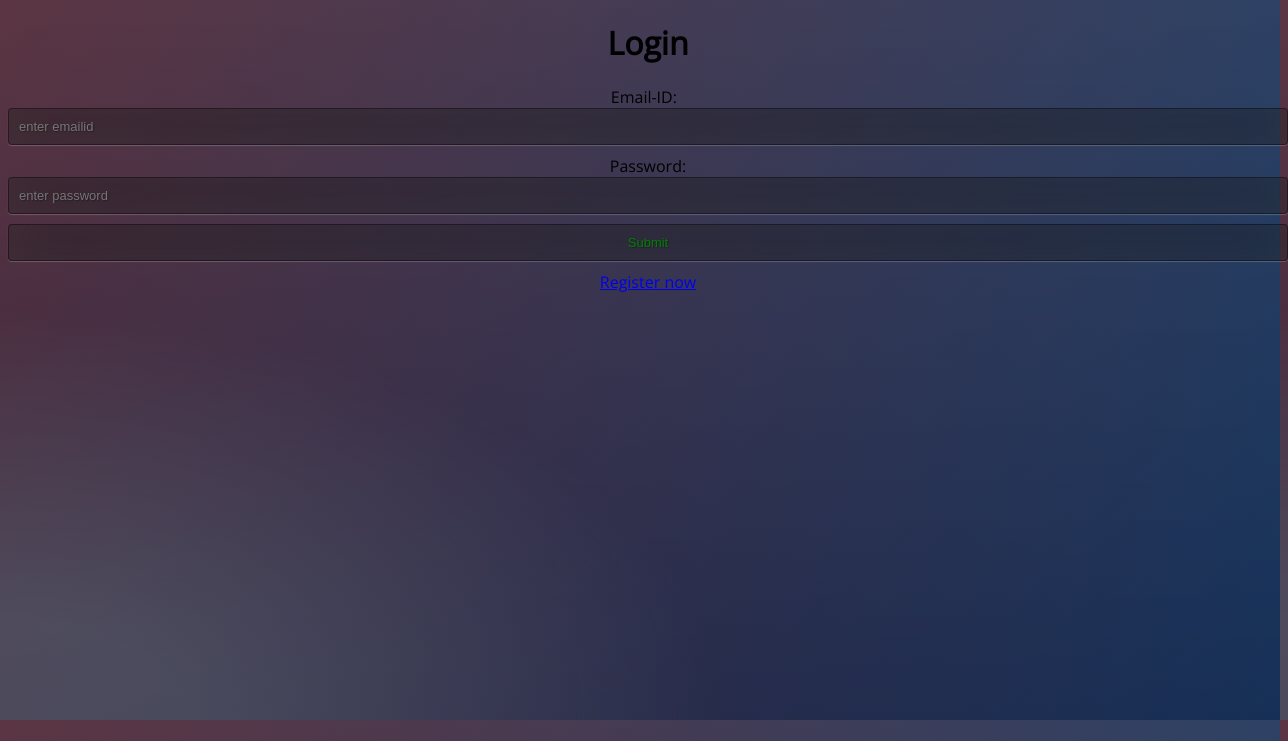
Repository: Tharungandhi/ServeltProject
Page: ServletJDBCApp/WebContent/login.html
These files come from the project's save history. The page is drawn as it stood at one moment and after the next save; the edit follows.
The browser window is 1280 px wide. The page is 1288 px wide, then 1280 px, so the pictures cover 1288 px, including what lies to the right of the window. The pictures show the whole page.

Above is the page before, as saved 2019-01-29 11:34:59.

### ServletJDBCApp/WebContent/login.html
<!DOCTYPE html>
<html>
<head>
<style>
  @import url(https://fonts.googleapis.com/css?family=Open+Sans);
.btn { display: inline-block; *display: inline; *zoom: 1; padding: 4px 10px 4px; margin-bottom: 0; font-size: 13px; line-height: 18px; color: #333333; text-align: center;text-shadow: 0 1px 1px rgba(255, 255, 255, 0.75); vertical-align: middle; background-color: #f5f5f5; background-image: -moz-linear-gradient(top, #ffffff, #e6e6e6); background-image: -ms-linear-gradient(top, #ffffff, #e6e6e6); background-image: -webkit-gradient(linear, 0 0, 0 100%, from(#ffffff), to(#e6e6e6)); background-image: -webkit-linear-gradient(top, #ffffff, #e6e6e6); background-image: -o-linear-gradient(top, #ffffff, #e6e6e6); background-image: linear-gradient(top, #ffffff, #e6e6e6); background-repeat: repeat-x; filter: progid:dximagetransform.microsoft.gradient(startColorstr=#ffffff, endColorstr=#e6e6e6, GradientType=0); border-color: #e6e6e6 #e6e6e6 #e6e6e6; border-color: rgba(0, 0, 0, 0.1) rgba(0, 0, 0, 0.1) rgba(0, 0, 0, 0.25); border: 1px solid #e6e6e6; -webkit-border-radius: 4px; -moz-border-radius: 4px; border-radius: 4px; -webkit-box-shadow: inset 0 1px 0 rgba(255, 255, 255, 0.2), 0 1px 2px rgba(0, 0, 0, 0.05); -moz-box-shadow: inset 0 1px 0 rgba(255, 255, 255, 0.2), 0 1px 2px rgba(0, 0, 0, 0.05); box-shadow: inset 0 1px 0 rgba(255, 255, 255, 0.2), 0 1px 2px rgba(0, 0, 0, 0.05); cursor: pointer; *margin-left: .3em; }
.btn:hover, .btn:active, .btn.active, .btn.disabled, .btn[disabled] { background-color: #e6e6e6; }
.btn-large { padding: 9px 14px; font-size: 15px; line-height: normal; -webkit-border-radius: 5px; -moz-border-radius: 5px; border-radius: 5px; }
.btn:hover { color: #333333; text-decoration: none; background-color: #e6e6e6; background-position: 0 -15px; -webkit-transition: background-position 0.1s linear; -moz-transition: background-position 0.1s linear; -ms-transition: background-position 0.1s linear; -o-transition: background-position 0.1s linear; transition: background-position 0.1s linear; }
.btn-primary, .btn-primary:hover { text-shadow: 0 -1px 0 rgba(0, 0, 0, 0.25); color: #ffffff; }
.btn-primary.active { color: rgba(255, 255, 255, 0.75); }
.btn-primary { background-color: #4a77d4; background-image: -moz-linear-gradient(top, #6eb6de, #4a77d4); background-image: -ms-linear-gradient(top, #6eb6de, #4a77d4); background-image: -webkit-gradient(linear, 0 0, 0 100%, from(#6eb6de), to(#4a77d4)); background-image: -webkit-linear-gradient(top, #6eb6de, #4a77d4); background-image: -o-linear-gradient(top, #6eb6de, #4a77d4); background-image: linear-gradient(top, #6eb6de, #4a77d4); background-repeat: repeat-x; filter: progid:dximagetransform.microsoft.gradient(startColorstr=#6eb6de, endColorstr=#4a77d4, GradientType=0);  border: 1px solid #3762bc; text-shadow: 1px 1px 1px rgba(0,0,0,0.4); box-shadow: inset 0 1px 0 rgba(255, 255, 255, 0.2), 0 1px 2px rgba(0, 0, 0, 0.5); }
.btn-primary:hover, .btn-primary:active, .btn-primary.active, .btn-primary.disabled, .btn-primary[disabled] { filter: none; background-color: #4a77d4; }
.btn-block { width: 100%; display:block; }

* { -webkit-box-sizing:border-box; -moz-box-sizing:border-box; -ms-box-sizing:border-box; -o-box-sizing:border-box; box-sizing:border-box; }

html { width: 100%; height:100%; overflow:hidden; }

body {
    width: 100%;
    height:100%;
    font-family: 'Open Sans', sans-serif;
    background: #092756;
    background: -moz-radial-gradient(0% 100%, ellipse cover, rgba(104,128,138,.4) 10%,rgba(138,114,76,0) 40%),-moz-linear-gradient(top,  rgba(57,173,219,.25) 0%, rgba(42,60,87,.4) 100%), -moz-linear-gradient(-45deg,  #670d10 0%, #092756 100%);
    background: -webkit-radial-gradient(0% 100%, ellipse cover, rgba(104,128,138,.4) 10%,rgba(138,114,76,0) 40%), -webkit-linear-gradient(top,  rgba(57,173,219,.25) 0%,rgba(42,60,87,.4) 100%), -webkit-linear-gradient(-45deg,  #670d10 0%,#092756 100%);
    background: -o-radial-gradient(0% 100%, ellipse cover, rgba(104,128,138,.4) 10%,rgba(138,114,76,0) 40%), -o-linear-gradient(top,  rgba(57,173,219,.25) 0%,rgba(42,60,87,.4) 100%), -o-linear-gradient(-45deg,  #670d10 0%,#092756 100%);
    background: -ms-radial-gradient(0% 100%, ellipse cover, rgba(104,128,138,.4) 10%,rgba(138,114,76,0) 40%), -ms-linear-gradient(top,  rgba(57,173,219,.25) 0%,rgba(42,60,87,.4) 100%), -ms-linear-gradient(-45deg,  #670d10 0%,#092756 100%);
    background: -webkit-radial-gradient(0% 100%, ellipse cover, rgba(104,128,138,.4) 10%,rgba(138,114,76,0) 40%), linear-gradient(to bottom,  rgba(57,173,219,.25) 0%,rgba(42,60,87,.4) 100%), linear-gradient(135deg,  #670d10 0%,#092756 100%);
    filter: progid:DXImageTransform.Microsoft.gradient( startColorstr='#3E1D6D', endColorstr='#092756',GradientType=1 );
}
.login {
    position: relative;
    top: 50%;
    left: 50%;
    margin: -150px 0 0 -150px;
    width:300px;
    height:300px;
}
.login h1 { color: #fff; text-shadow: 0 0 10px rgba(0,0,0,0.3); letter-spacing:1px; text-align:center; }

input {
    width: 100%;
    margin-bottom: 10px;
    background: rgba(0,0,0,0.3);
    border: medium;
    outline: none;
    padding: 10px;
    font-size: 13px;
    color: #fff;
    text-shadow: 1px 1px 1px rgba(0,0,0,0.3);
    border: 1px solid rgba(0,0,0,0.3);
    border-radius: 4px;
    box-shadow: inset 0 -5px 45px rgba(100,100,100,0.2), 0 1px 1px rgba(255,255,255,0.2);
    -webkit-transition: box-shadow .5s ease;
    -moz-transition: box-shadow .5s ease;
    -o-transition: box-shadow .5s ease;
    -ms-transition: box-shadow .5s ease;
    transition: box-shadow .5s ease;
}

input:focus { box-shadow: inset 0 -5px 45px rgba(100,100,100,0.4), 0 1px 1px rgba(255,255,255,0.2); }


</style>

<meta charset="UTF-8">
<title>Login Page</title>
</head>
<body>
<form action="login" method="post">
 <div align="center">
<h1>Login </h1>
<div>
<label>Email-ID:</label>
&nbsp;<input type="email" name="emailid"  placeholder="enter emailid" value="" required/> </div>
<div>
<label>Password:</label>
<input type="password" name="password"  placeholder="enter password" value="" required/> </div>
<input style='color: green' type="submit" name="submit"/>
<div>
<a href=registration.html> Register now </a> </div>
</div>
</form>
</body>
</html>

After the next save:
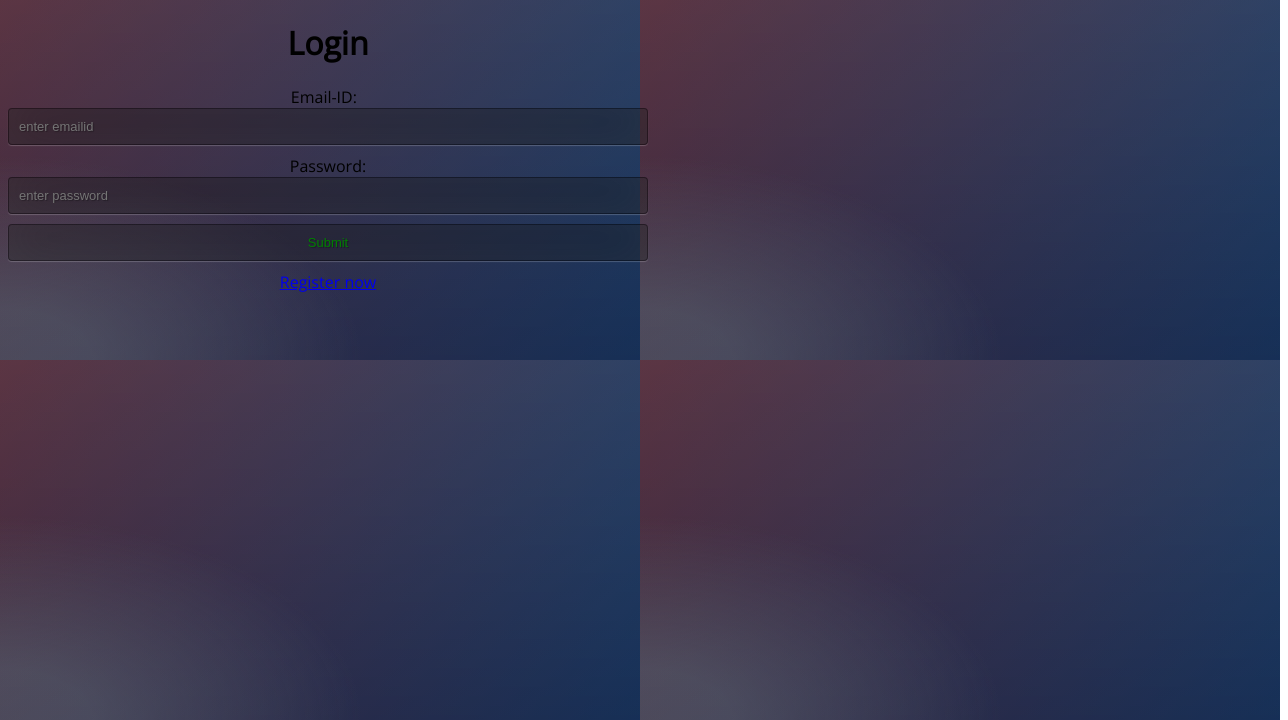
Saved 80 s later.
--- a/ServletJDBCApp/WebContent/login.html
+++ b/ServletJDBCApp/WebContent/login.html
@@ -15,7 +15,7 @@
 
 * { -webkit-box-sizing:border-box; -moz-box-sizing:border-box; -ms-box-sizing:border-box; -o-box-sizing:border-box; box-sizing:border-box; }
 
-html { width: 100%; height:100%; overflow:hidden; }
+html { width: 50%; height:50%; overflow:hidden; }
 
 body {
     width: 100%;
@@ -30,7 +30,7 @@ body {
     filter: progid:DXImageTransform.Microsoft.gradient( startColorstr='#3E1D6D', endColorstr='#092756',GradientType=1 );
 }
 .login {
-    position: relative;
+    position: absolute;
     top: 50%;
     left: 50%;
     margin: -150px 0 0 -150px;
